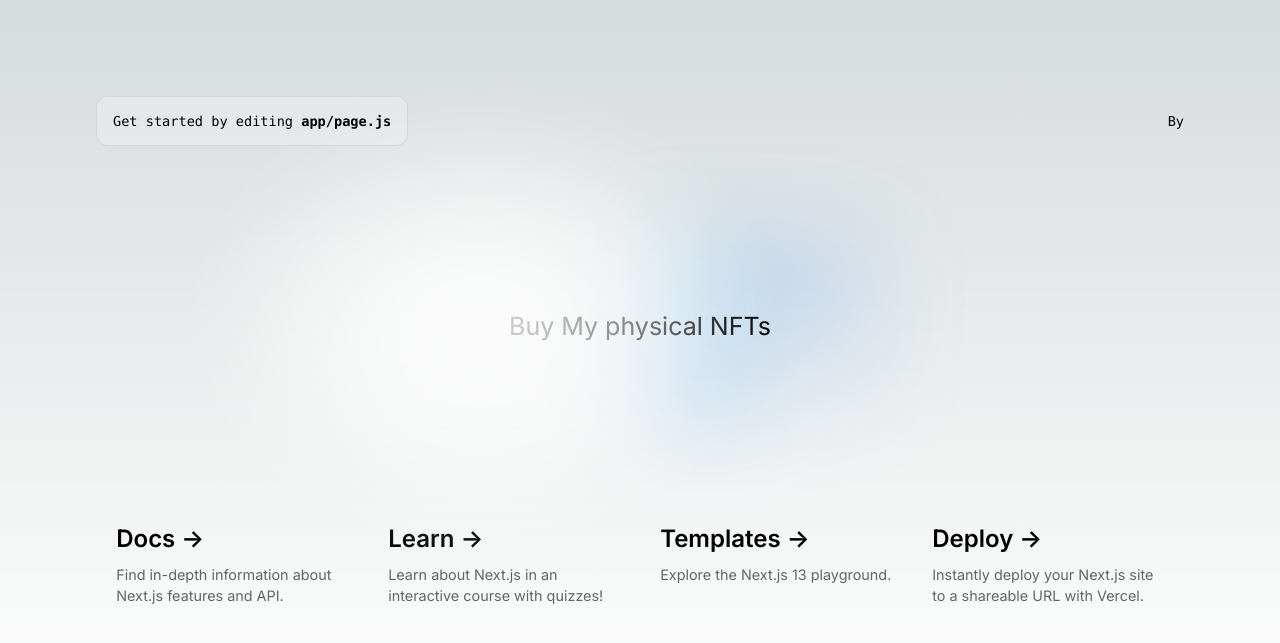
Repository: Seva2705/stripe-nextjs
Page: /
These files come from the project's save history. The page is drawn as it stood at one moment and after the next save; the edit follows.
The browser window is 1280 px wide. The pictures show the whole page.
The project was rebuilt for these pictures with package versions that can differ from the ones it lists, and the page was loaded fresh each time. The framework's server and built-in components were replaced by stand-ins that run in the browser. Also part of the build but not shown: next.config.js.

Above is the page before, as saved 2023-10-31 22:47:16.

### app/page.js
import Image from 'next/image'
import styles from './page.module.css'

export default function Home() {
  return (
    <main className={styles.main}>
      <div className={styles.description}>
        <p>
          Get started by editing&nbsp;
          <code className={styles.code}>app/page.js</code>
        </p>
        <div>
          <a
            href="https://vercel.com?utm_source=create-next-app&utm_medium=appdir-template&utm_campaign=create-next-app"
            target="_blank"
            rel="noopener noreferrer"
          >
            By{' '}
           {/*  <Image
              src="/vercel.svg"
              alt="Vercel Logo"
              className={styles.vercelLogo}
              width={100}
              height={24}
              priority
            /> */}
          </a>
        </div>
      </div>

      <div className={styles.center}>


          Buy My physical NFTs
      </div>

      <div className={styles.grid}>
        <a
          href="https://nextjs.org/docs?utm_source=create-next-app&utm_medium=appdir-template&utm_campaign=create-next-app"
          className={styles.card}
          target="_blank"
          rel="noopener noreferrer"
        >
          <h2>
            Docs <span>-&gt;</span>
          </h2>
          <p>Find in-depth information about Next.js features and API.</p>
        </a>

        <a
          href="https://nextjs.org/learn?utm_source=create-next-app&utm_medium=appdir-template&utm_campaign=create-next-app"
          className={styles.card}
          target="_blank"
          rel="noopener noreferrer"
        >
          <h2>
            Learn <span>-&gt;</span>
          </h2>
          <p>Learn about Next.js in an interactive course with&nbsp;quizzes!</p>
        </a>

        <a
          href="https://vercel.com/templates?framework=next.js&utm_source=create-next-app&utm_medium=appdir-template&utm_campaign=create-next-app"
          className={styles.card}
          target="_blank"
          rel="noopener noreferrer"
        >
          <h2>
            Templates <span>-&gt;</span>
          </h2>
          <p>Explore the Next.js 13 playground.</p>
        </a>

        <a
          href="https://vercel.com/new?utm_source=create-next-app&utm_medium=appdir-template&utm_campaign=create-next-app"
          className={styles.card}
          target="_blank"
          rel="noopener noreferrer"
        >
          <h2>
            Deploy <span>-&gt;</span>
          </h2>
          <p>
            Instantly deploy your Next.js site to a shareable URL with Vercel.
          </p>
        </a>
      </div>
    </main>
  )
}

### app/page.module.css
.main {
  display: flex;
  flex-direction: column;
  justify-content: space-between;
  align-items: center;
  padding: 6rem;
  min-height: 100vh;
}

.description {
  display: inherit;
  justify-content: inherit;
  align-items: inherit;
  font-size: 0.85rem;
  max-width: var(--max-width);
  width: 100%;
  z-index: 2;
  font-family: var(--font-mono);
}

.description a {
  display: flex;
  justify-content: center;
  align-items: center;
  gap: 0.5rem;
}

.description p {
  position: relative;
  margin: 0;
  padding: 1rem;
  background-color: rgba(var(--callout-rgb), 0.5);
  border: 1px solid rgba(var(--callout-border-rgb), 0.3);
  border-radius: var(--border-radius);
}

.code {
  font-weight: 700;
  font-family: var(--font-mono);
}

.grid {
  display: grid;
  grid-template-columns: repeat(4, minmax(25%, auto));
  max-width: 100%;
  width: var(--max-width);
}

.card {
  padding: 1rem 1.2rem;
  border-radius: var(--border-radius);
  background: rgba(var(--card-rgb), 0);
  border: 1px solid rgba(var(--card-border-rgb), 0);
  transition: background 200ms, border 200ms;
}

.card span {
  display: inline-block;
  transition: transform 200ms;
}

.card h2 {
  font-weight: 600;
  margin-bottom: 0.7rem;
}

.card p {
  margin: 0;
  opacity: 0.6;
  font-size: 0.9rem;
  line-height: 1.5;
  max-width: 30ch;
}

.center {
  display: flex;
  justify-content: center;
  align-items: center;
  position: relative;
  padding: 4rem 0;
  font-size: 25px;

}

.center::before {
  background: var(--secondary-glow);
  border-radius: 50%;
  width: 480px;
  height: 360px;
  margin-left: -400px;
}

.center::after {
  background: var(--primary-glow);
  width: 240px;
  height: 180px;
  z-index: -1;
}

.center::before,
.center::after {
  content: '';
  left: 50%;
  position: absolute;
  filter: blur(45px);
  transform: translateZ(0);
}

.logo {
  position: relative;
}
/* Enable hover only on non-touch devices */
@media (hover: hover) and (pointer: fine) {
  .card:hover {
    background: rgba(var(--card-rgb), 0.1);
    border: 1px solid rgba(var(--card-border-rgb), 0.15);
  }

  .card:hover span {
    transform: translateX(4px);
  }
}

@media (prefers-reduced-motion) {
  .card:hover span {
    transform: none;
  }
}

/* Mobile */
@media (max-width: 700px) {
  .content {
    padding: 4rem;
  }

  .grid {
    grid-template-columns: 1fr;
    margin-bottom: 120px;
    max-width: 320px;
    text-align: center;
  }

  .card {
    padding: 1rem 2.5rem;
  }

  .card h2 {
    margin-bottom: 0.5rem;
  }

  .center {
    padding: 8rem 0 6rem;
  }

  .center::before {
    transform: none;
    height: 300px;
  }

  .description {
    font-size: 0.8rem;
  }

  .description a {
    padding: 1rem;
  }

  .description p,
  .description div {
    display: flex;
    justify-content: center;
    position: fixed;
    width: 100%;
  }

  .description p {
    align-items: center;
    inset: 0 0 auto;
    padding: 2rem 1rem 1.4rem;
    border-radius: 0;
    border: none;
    border-bottom: 1px solid rgba(var(--callout-border-rgb), 0.25);
    background: linear-gradient(
      to bottom,
      rgba(var(--background-start-rgb), 1),
      rgba(var(--callout-rgb), 0.5)
    );
    background-clip: padding-box;
    backdrop-filter: blur(24px);
  }

  .description div {
    align-items: flex-end;
    pointer-events: none;
    inset: auto 0 0;
    padding: 2rem;
    height: 200px;
    background: linear-gradient(
      to bottom,
      transparent 0%,
      rgb(var(--background-end-rgb)) 40%
    );
    z-index: 1;
  }
}

/* Tablet and Smaller Desktop */
@media (min-width: 701px) and (max-width: 1120px) {
  .grid {
    grid-template-columns: repeat(2, 50%);
  }
}

@media (prefers-color-scheme: dark) {
  .vercelLogo {
    filter: invert(1);
  }

  .logo {
    filter: invert(1) drop-shadow(0 0 0.3rem #ffffff70);
  }
}

@keyframes rotate {
  from {
    transform: rotate(360deg);
  }
  to {
    transform: rotate(0deg);
  }
}

Loaded but not shown: app/layout.js (common file); app/globals.css (common file)

After the next save:
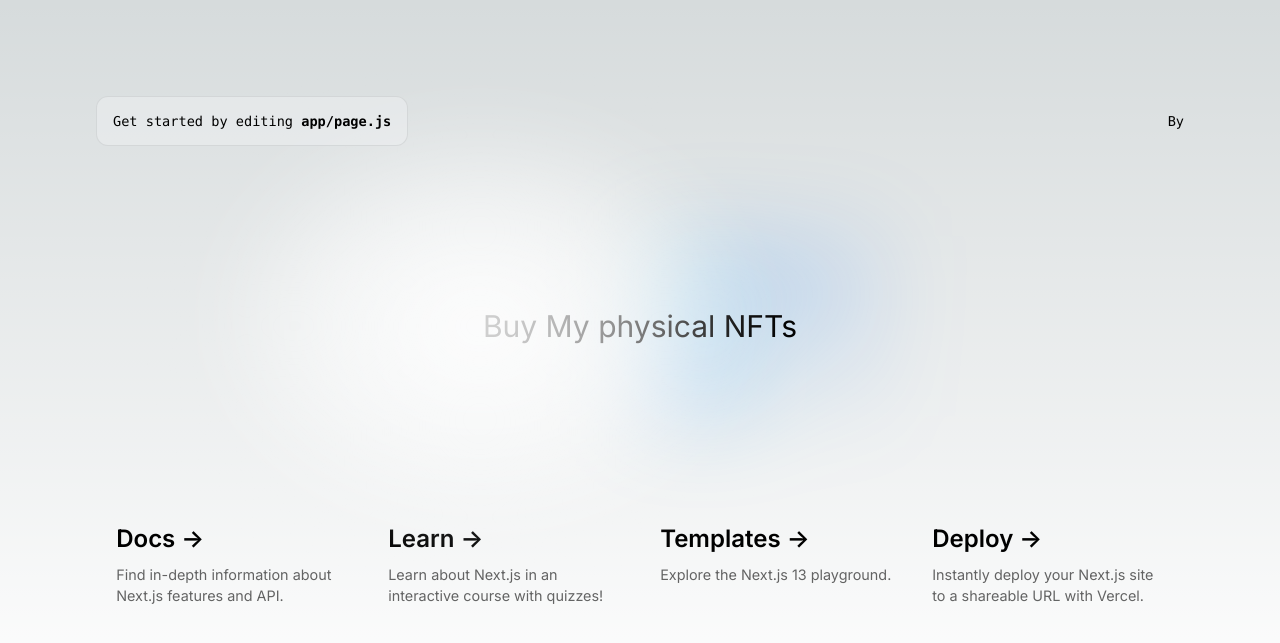
Saved 6 s later.
--- a/app/page.module.css
+++ b/app/page.module.css
@@ -78,7 +78,7 @@
   align-items: center;
   position: relative;
   padding: 4rem 0;
-  font-size: 25px;
+  font-size: 30px;
 
 }
 
